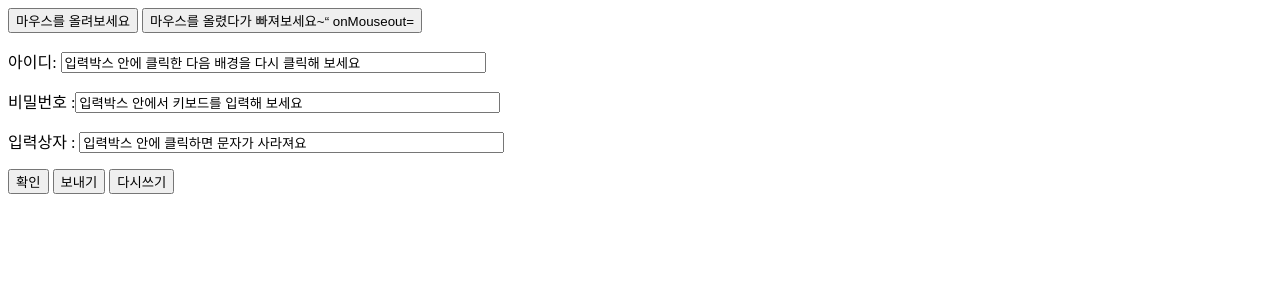
Repository: jpg723/Assignment
Page: 웹프로그래밍/EventHandler/src/main/webapp/EventHandler.html
An editor plug-in stored every save of this project. The page is shown before and after the next save, followed by the edit.
The browser window is 1280 px wide. The pictures show the whole page.

Above is the page before, as saved 2021-10-02 05:26:31.

### 웹프로그래밍/EventHandler/src/main/webapp/EventHandler.html
<!DOCTYPE html>
<html>
<head>
<meta charset="UTF-8">
<title>Insert title here</title>
</head>
<body onUnload="alert('문서를 닫으면 onunload!')" onLoad="alert('문서를 열면 onload!')" onSubmit="alert('폼을 제출합니다.')">
	<form onReset="alert('입력양식을 초기화합니다.')">
	<input type="button" value="마우스를 올려보세요" onMouseover="alert('마우스를 올리면 onmouseover')">
	<input type="button" value="마우스를 올렸다가 빠져보세요~“ onMouseout="alert('마우스가 빠져나가면 onmouseout')"><p>
	아이디: <input type="text" size=50 value="입력박스 안에 클릭한 다음 배경을 다시 클릭해 보세요"
	onFocus="alert('입력박스에 클릭하면 onfocus')“><p> 이름: <input type="text" size=50
	value="입력박스 안에 클릭한 다음 배경을 다시 클릭해 보세요" onBlur="alert('입력박스에서 포커스가 떠나면 onblur')"><p>
	비밀번호 :<input type="text" size=50 value="입력박스 안에서 키보드를 입력해 보세요" onKeydown="alert('키를 누르면 onkeydown')" ><p>
	입력상자 : <input type=text size=50 value="입력박스 안에 클릭하면 문자가 사라져요" onFocus="this.value='' "
	onBlur="this.value='입력박스 밖을 클릭하면 다시 문자가 나타나요'"><p>
 	<input type="button" value="확인" onClick="alert('버튼을 클릭하면 click 이벤트 발생')">
	<input type="submit" value="보내기">
	<input type="reset" value="다시쓰기"> </form>
</body>
</html>

After the next save:
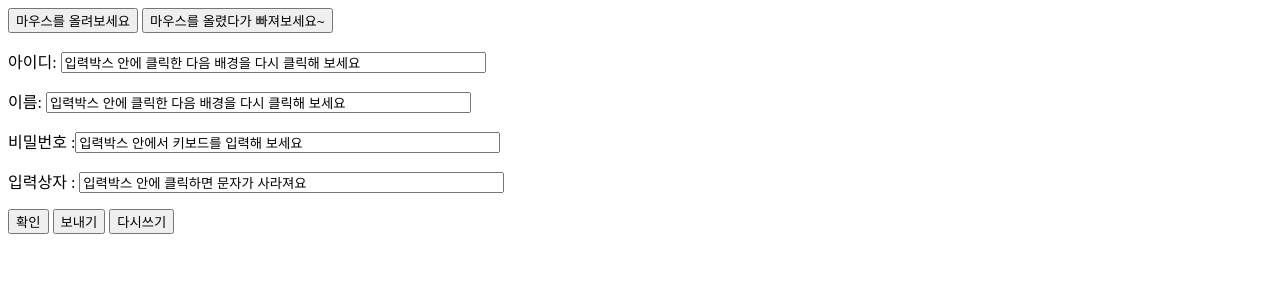
Saved 65 s later.
--- a/웹프로그래밍/EventHandler/src/main/webapp/EventHandler.html
+++ b/웹프로그래밍/EventHandler/src/main/webapp/EventHandler.html
@@ -7,10 +7,10 @@
 <body onUnload="alert('문서를 닫으면 onunload!')" onLoad="alert('문서를 열면 onload!')" onSubmit="alert('폼을 제출합니다.')">
 	<form onReset="alert('입력양식을 초기화합니다.')">
 	<input type="button" value="마우스를 올려보세요" onMouseover="alert('마우스를 올리면 onmouseover')">
-	<input type="button" value="마우스를 올렸다가 빠져보세요~“ onMouseout="alert('마우스가 빠져나가면 onmouseout')"><p>
+	<input type="button" value="마우스를 올렸다가 빠져보세요~" onMouseout="alert('마우스가 빠져나가면 onmouseout')"><p>
 	아이디: <input type="text" size=50 value="입력박스 안에 클릭한 다음 배경을 다시 클릭해 보세요"
-	onFocus="alert('입력박스에 클릭하면 onfocus')“><p> 이름: <input type="text" size=50
-	value="입력박스 안에 클릭한 다음 배경을 다시 클릭해 보세요" onBlur="alert('입력박스에서 포커스가 떠나면 onblur')"><p>
+	onFocus="alert('입력박스에 클릭하면 onfocus')"><p>
+	이름: <input type="text" size=50 value="입력박스 안에 클릭한 다음 배경을 다시 클릭해 보세요" onBlur="alert('입력박스에서 포커스가 떠나면 onblur')"><p>
 	비밀번호 :<input type="text" size=50 value="입력박스 안에서 키보드를 입력해 보세요" onKeydown="alert('키를 누르면 onkeydown')" ><p>
 	입력상자 : <input type=text size=50 value="입력박스 안에 클릭하면 문자가 사라져요" onFocus="this.value='' "
 	onBlur="this.value='입력박스 밖을 클릭하면 다시 문자가 나타나요'"><p>
